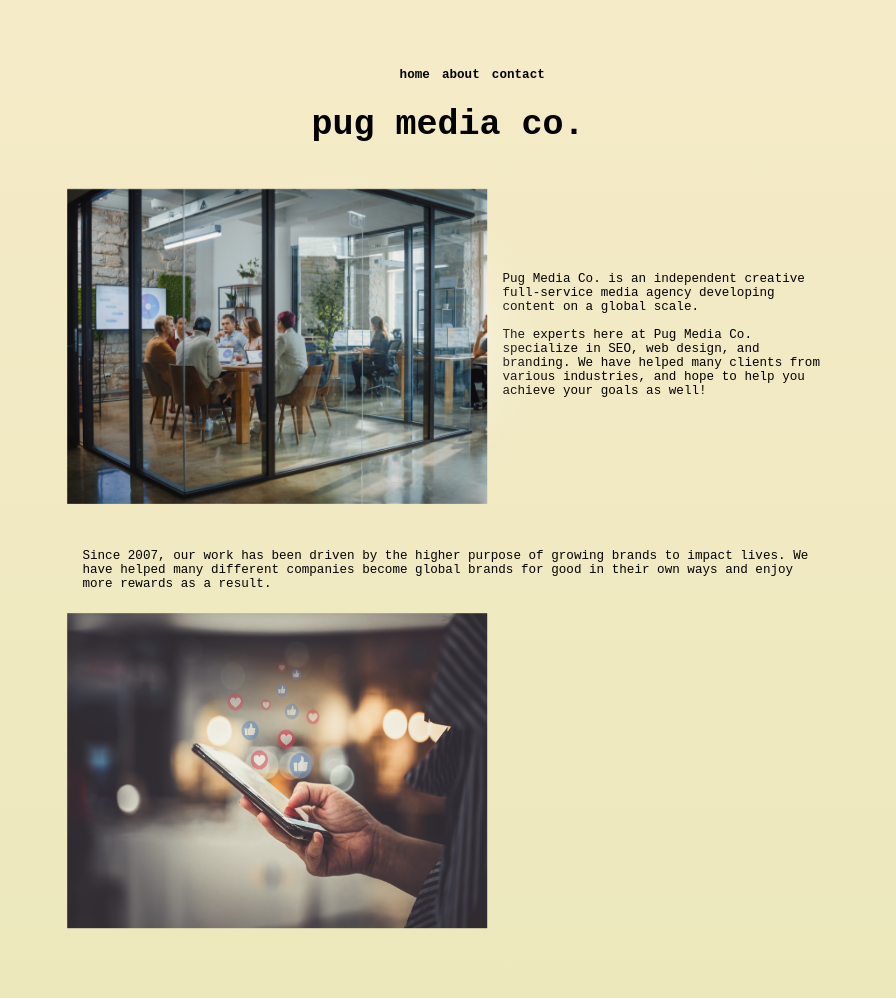
Repository: cheungglenda/MDIA2109-Week3
Page: /
The author's editor kept a copy of each file at every save. The page is drawn from the files as they stood at one save, then again after the next save.
The browser window is 1280 px wide. The pictures show the whole page, at 70% of full size.
The project was rebuilt for these pictures with package versions that can differ from the ones it lists, and the page was loaded fresh each time. The framework's server and built-in components were replaced by stand-ins that run in the browser. Also part of the build but not shown: next.config.js, components/Card/index.js.

Above is the page before, as saved 2023-01-20 19:08:58.

### pages/index.js
import Head from 'next/head'
import Image from 'next/image'
import { Inter } from '@next/font/google'
import styles from '@/styles/Home.module.css'
import data from '../data/education.json'
import { useState } from 'react'
import Card from '../components/Card'
import Link from 'next/link'

const inter = Inter({ subsets: ['latin'] })

export default function Home() {

  /** ([...data]) enters the data in the useState and is calling that info. the useState has all the data from the education.json file */
  const [information, setInformation] = useState([...data])
  console.log(data);

  return (
    <>
      <Head>
        <title>Pug Media Co.</title>
        <meta name="description" content="Full-service digital marketing agency" />
        <meta name="viewport" content="width=device-width, initial-scale=1" />
        <link rel="icon" href="/favicon.ico" />
      </Head>
      <main className={styles.main}>
        <div className={styles.buttons}>
      <Link href="/" className={styles.links}>Home</Link>
      <Link href="../about" className={styles.links}>About</Link>
      <Link href="/" className={styles.links}>Contact</Link>
        </div>

        <div className={styles.meetTitle}>Pug Media Co.</div>
        <div className={styles.center}>
          <Image
            className={styles.logo}
            src="/office.jpeg"
            width={600}
            height={450}
          />
          <div className={styles.homeDesc}>
            Pug Media Co. is an independent creative full-service media agency developing content on a global scale. <br></br><br></br>The experts here at Pug Media Co. specialize in SEO, web design, and branding. We have helped many clients from various industries, and hope to help you achieve your goals as well!
          </div>
        </div>
        <div className={styles.bottom}>
        <div className={styles.homeDesc}>
        Since 2007, our work has been driven by the higher purpose of growing brands to impact lives. We have helped many different companies become global brands for good in their own ways and enjoy more rewards as a result.<br></br>
          </div>
        <Image
            className={styles.social}
            src="/media.jpeg"
            width={600}
            height={450}
          />
        </div>
      </main>
    </>
  )
}

/** .toLowerCase() is input when you don't want to worry about case sensitivity */

### styles/Home.module.css
.main {
  display: flex;
  flex-direction: column;
  justify-content: space-between;
  align-items: center;
  padding: 6rem;
  font-family:arial;
  min-height: 100vh;
  background-image: linear-gradient(rgb(245, 235, 200), rgb(236, 232, 188));

}

.buttons {
  display: flex;
  flex-direction:row;
  justify-content: space-evenly;
  margin-bottom:3%;
}

.links:hover {
  text-decoration:underline;
}

.links {
  font-size: 18px;
  max-width: var(--max-width);
  width: 100%;
  font-weight:900;
  font-family: 'Courier New', Courier, monospace;
  text-transform:lowercase;
  padding-left:10%;
}

.description {
  display: inherit;
  justify-content: inherit;
  align-items: inherit;
  font-size: 15px;
  max-width: var(--max-width);
  width: 100%;
  font-family: var(--font-mono);
}

.social {
  justify-content:inherit;
}

.homeDesc {
  font-size: 18px;
  font-family:'Courier New', Courier, monospace;
  margin-left:2%;
  margin-bottom:3%;
}

.description a {
  display: flex;
  justify-content: center;
  align-items: center;
  gap: 0.5rem;
}

.description p {
  position: relative;
  margin: 0;
  padding: 1rem;
  background-color: rgba(var(--callout-rgb), 0.5);
  border: 1px solid rgba(var(--callout-border-rgb), 0.3);
  border-radius: var(--border-radius);
}

.code {
  font-weight: 700;
  font-family: var(--font-mono);
}

.meetTitle {
  font-size: 50px;
  font-weight:700;
  text-transform:lowercase;
  font-family:'Courier New', Courier, monospace;
  text-align:center;
}

.grid {
  display: flex;
  justify-content:center;
  width: var(--max-width);
  max-width: 100%;
  align-items:center;
  flex: 1;
}

.card {
  padding: 1rem 1.2rem;
  border-radius: var(--border-radius);
  background: rgba(var(--card-rgb), 0);
  border: 1px solid rgba(var(--card-border-rgb), 0);
  transition: background 200ms, border 200ms;
}

.card span {
  display: inline-block;
  transition: transform 200ms;
}

.info {
  font-family:Arial, Helvetica, sans-serif;
}

.card h2 {
  font-weight: 600;
  margin-bottom: 0.7rem;
}

.card p {
  margin: 0;
  opacity: 0.6;
  font-size: 0.9rem;
  line-height: 1.5;
  max-width: 30ch;
}


.employees {
  display:flex;
  gap:20px;
  width: 80%;
  text-align:center;
  font-family:'Courier New', Courier, monospace;
}

.titleDesc {
  font-size:16px;
  margin-bottom:3%;
}

.center {
  display: flex;
  justify-content: center;
  align-items: center;
  position: relative;
  padding: 4rem 0;
}

.center::before {
  background: var(--secondary-glow);
  border-radius: 50%;
  width: 480px;
  height: 360px;
  margin-left: -400px;
}

.center::after {
  background: var(--primary-glow);
  width: 240px;
  height: 180px;
  z-index: -1;
}

.center::before,
.center::after {
  content: '';
  left: 50%;
  position: absolute;
  filter: blur(45px);
  transform: translateZ(0);
}

.logo,
.thirteen {
  position: relative;
  object-fit:cover;
}

.thirteen {
  display: flex;
  justify-content: center;
  align-items: center;
  width: 75px;
  height: 75px;
  padding: 25px 10px;
  margin-left: 16px;
  transform: translateZ(0);
  border-radius: var(--border-radius);
  overflow: hidden;
  box-shadow: 0px 2px 8px -1px #0000001a;
}

.thirteen::before,
.thirteen::after {
  content: '';
  position: absolute;
  z-index: -1;
}

/* Conic Gradient Animation */
.thirteen::before {
  animation: 6s rotate linear infinite;
  width: 200%;
  height: 200%;
  background: var(--tile-border);
}

/* Inner Square */
.thirteen::after {
  inset: 0;
  padding: 1px;
  border-radius: var(--border-radius);
  background: linear-gradient(
    to bottom right,
    rgba(var(--tile-start-rgb), 1),
    rgba(var(--tile-end-rgb), 1)
  );
  background-clip: content-box;
}

/* Enable hover only on non-touch devices */
@media (hover: hover) and (pointer: fine) {
  .card:hover {
    background: rgba(var(--card-rgb), 0.1);
    border: 1px solid rgba(var(--card-border-rgb), 0.15);
  }

  .card:hover span {
    transform: translateX(4px);
  }
}

@media (prefers-reduced-motion) {
  .thirteen::before {
    animation: none;
  }

  .card:hover span {
    transform: none;
  }
}

/* Mobile */
@media (max-width: 700px) {
  .content {
    padding: 4rem;
  }

  .grid {
    grid-template-columns: 1fr;
    margin-bottom: 120px;
    max-width: 320px;
    text-align: center;
  }

  .card {
    padding: 1rem 2.5rem;
  }

  .card h2 {
    margin-bottom: 0.5rem;
  }

  .center {
    padding: 8rem 0 6rem;
  }

  .center::before {
    transform: none;
    height: 300px;
  }

  .description {
    font-size: 0.8rem;
  }

  .description a {
    padding: 1rem;
  }

  .description p,
  .description div {
    display: flex;
    justify-content: center;
    position: fixed;
    width: 100%;
  }

  .description p {
    align-items: center;
    inset: 0 0 auto;
    padding: 2rem 1rem 1.4rem;
    border-radius: 0;
    border: none;
    border-bottom: 1px solid rgba(var(--callout-border-rgb), 0.25);
    background: linear-gradient(
      to bottom,
      rgba(var(--background-start-rgb), 1),
      rgba(var(--callout-rgb), 0.5)
    );
    background-clip: padding-box;
    backdrop-filter: blur(24px);
  }

  .description div {
    align-items: flex-end;
    pointer-events: none;
    inset: auto 0 0;
    padding: 2rem;
    height: 200px;
    background: linear-gradient(
      to bottom,
      transparent 0%,
      rgb(var(--background-end-rgb)) 40%
    );
    z-index: 1;
  }
}

/* Tablet and Smaller Desktop */
@media (min-width: 701px) and (max-width: 1120px) {
  .grid {
    grid-template-columns: repeat(2, 50%);
  }
}

@media (prefers-color-scheme: dark) {

  .main {
    background-image: linear-gradient(rgb(51, 65, 14), rgb(169, 169, 110));
  }

  .vercelLogo {
    filter: invert(1);
  }

  .meetTitle {
    color:white;
  }

  .titleDesc {
    color:white;
  }

  .links {
    color: white;
  }

  .employees {
    color: black;
  }
}

@keyframes rotate {
  from {
    transform: rotate(360deg);
  }
  to {
    transform: rotate(0deg);
  }
}

### data/education.json
[
        {
            "studentNumber": "A0004567",
            "firstName": "Person 1",
            "gpa": 3.8,
            "department": "Business",
            "degree": "Finance",
            "graduted": 2014
        },
        {
            "studentNumber": "A0001234",
            "firstName": "Person 2",
            "gpa": 3.5,
            "department": "Business",
            "degree": "Accounting",
            "graduted": 2010
        },
        {
            "studentNumber": "A0007890",
            "firstName": "Person 3",
            "gpa": 3.2,
            "department": "Computing",
            "degree": "Applied Software Development Certificate",
            "graduted": 2018
        },
        {
            "studentNumber": "A0007828",
            "firstName": "Person 4",
            "gpa": 3.9,
            "department": "Computing",
            "degree": "Computer Systems Diploma",
            "graduted": 2021
        },
        {
            "studentNumber": "A0003425",
            "firstName": "Person 5",
            "gpa": 3.2,
            "department": "Computing",
            "degree": "Applied Computer Information Systems Certificate",
            "graduted": 2021
        }
]

Loaded but not shown: pages/_app.js (common file); pages/_document.js (common file); styles/globals.css (common file)

After the next save:
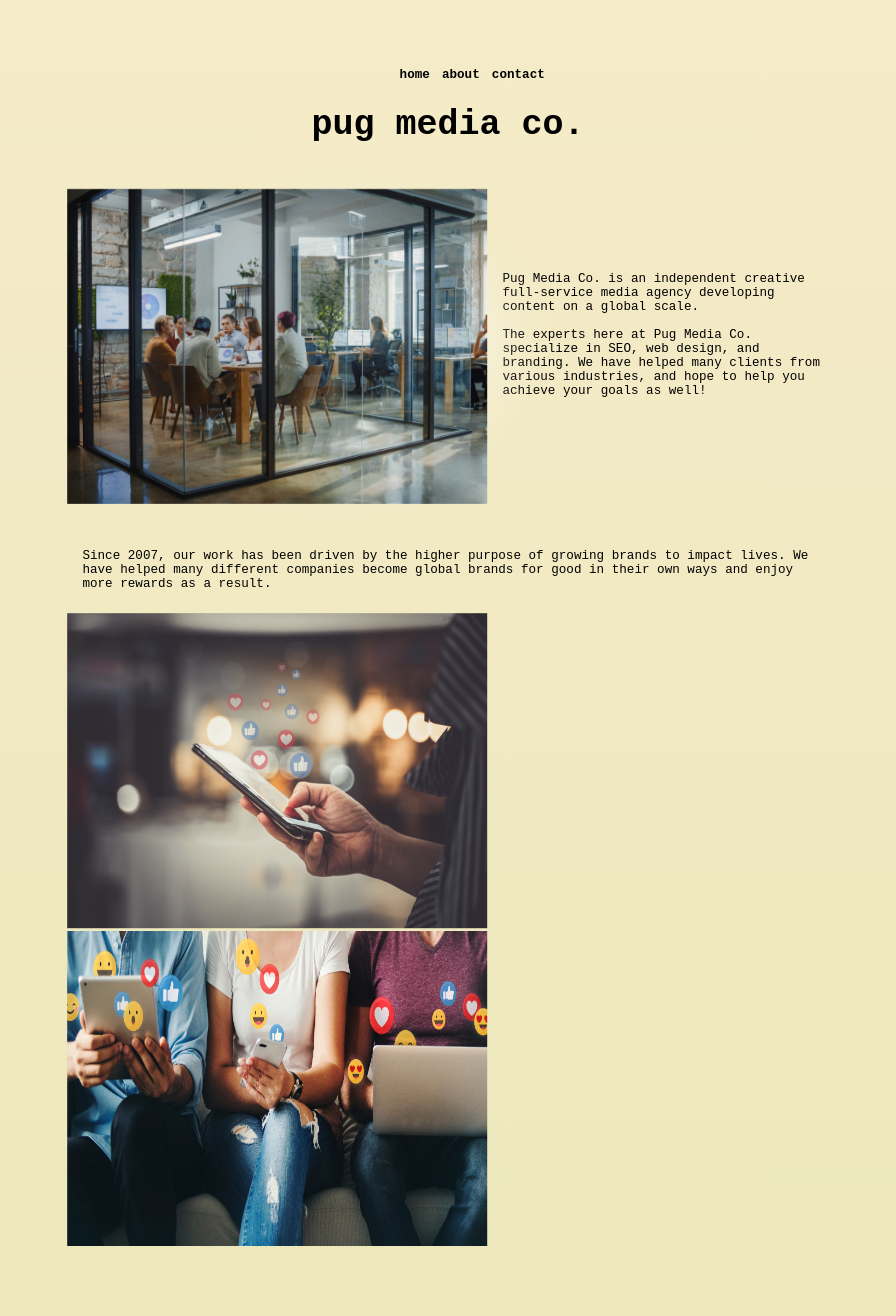
Saved 67 s later.
--- a/pages/index.js
+++ b/pages/index.js
@@ -52,6 +52,12 @@ export default function Home() {
             width={600}
             height={450}
           />
+                <Image
+            className={styles.social}
+            src="/media2.jpeg"
+            width={600}
+            height={450}
+          />
         </div>
       </main>
     </>
